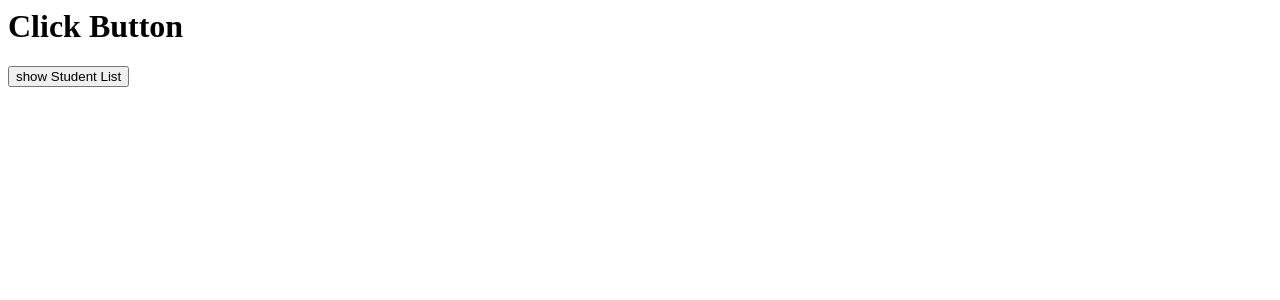
Repository: arunkumar2310/AttendanceProject
Page: ksrattendance/WebContent/first.html
These files come from the project's save history. The page is drawn as it stood at one moment and after the next save; the edit follows.
The browser window is 1280 px wide. The pictures show the whole page.

Above is the page before, as saved 2018-07-11 01:21:24.

After the next save:
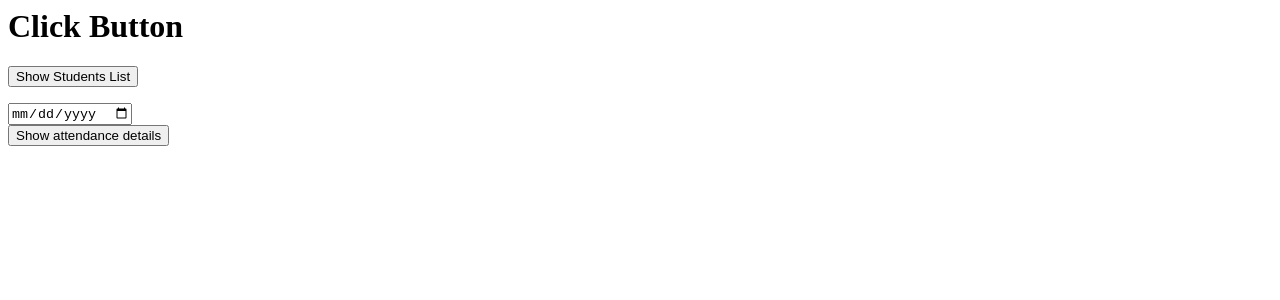
Saved 22 h 49 min later.
--- a/ksrattendance/WebContent/first.html
+++ b/ksrattendance/WebContent/first.html
@@ -2,7 +2,11 @@
 <body>
 <h1>Click Button</h1>
 <form method="post" action="list">
-<input type="submit" value="show Student List">
+<input type="submit" value="Show Students List">
+</form>
+<form method="post" action="details">
+<input type="date"><br>
+<input type="submit" value="Show attendance details">
 </form>
 </body>
 
